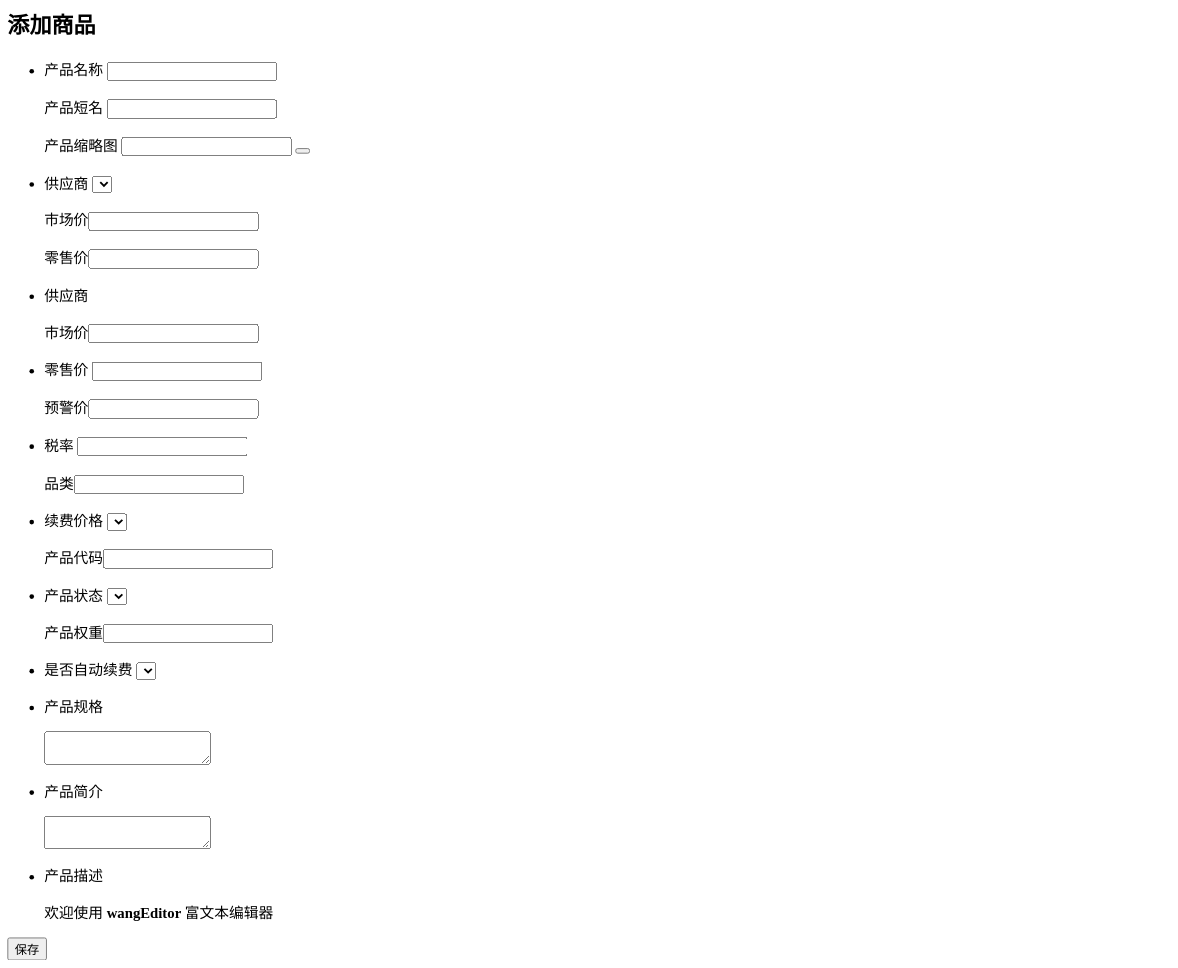
Repository: wangyan466393/racentSystem
Page: addProduct.html
These files come from the project's save history. The page is drawn as it stood at one moment and after the next save; the edit follows.
The browser window is 1280 px wide. The pictures show the whole page, at 92% of full size.

Above is the page before, as saved 2020-08-19 21:29:36.

After the next save:
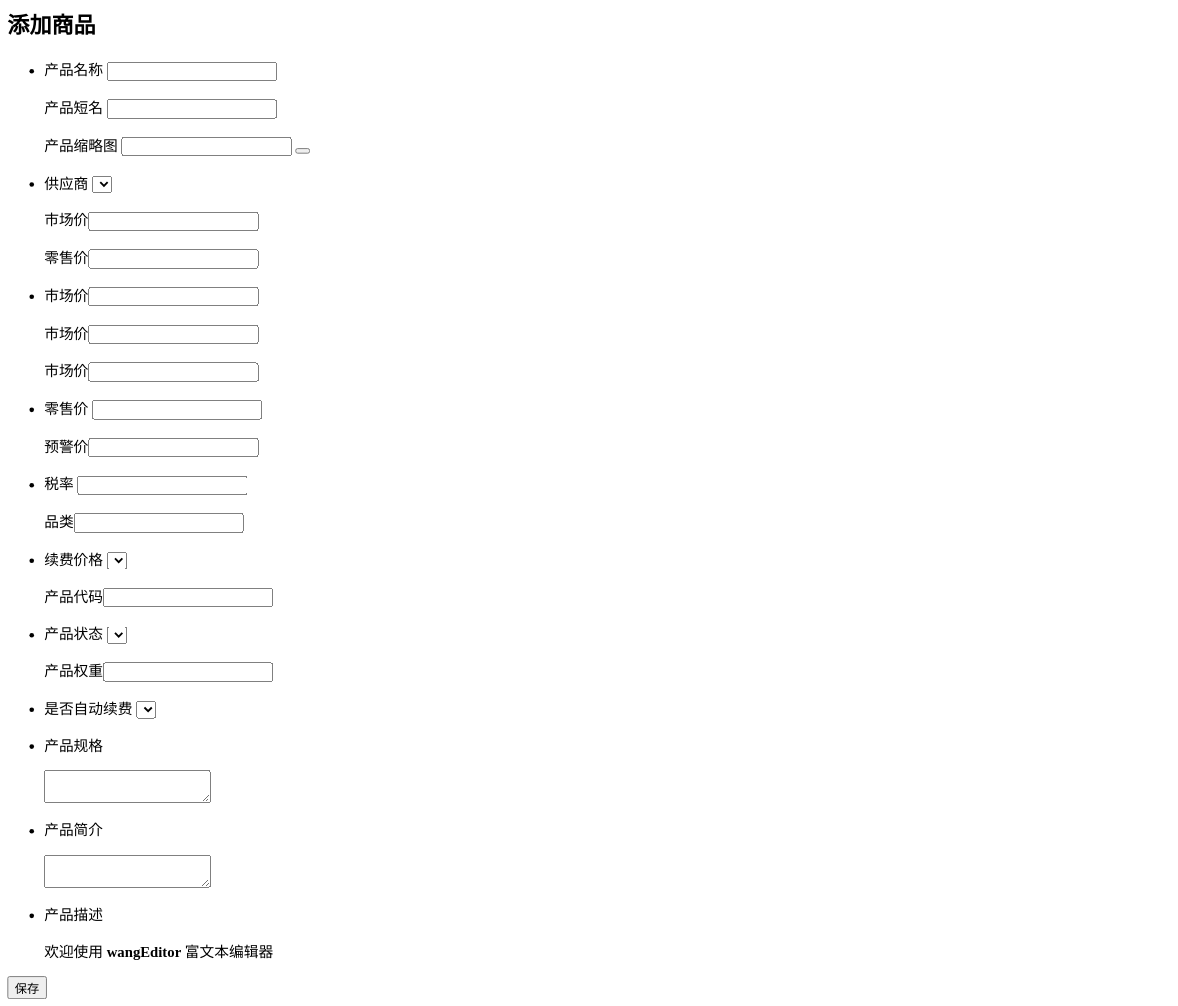
Saved 31 s later.
--- a/addProduct.html
+++ b/addProduct.html
@@ -38,11 +38,13 @@
                 </li>
                 <li>
                     <p>
-                        <span>供应商</span>
-
+                        <span>市场价</span><input type="number" >
                     </p>
                     <p>
-                        <span>市场价</span><input type="number" class="config_inp">
+                        <span>市场价</span><input type="number" >
+                    </p>
+                    <p>
+                        <span>市场价</span><input type="number" >
                     </p>
                 </li>
                 <li>
